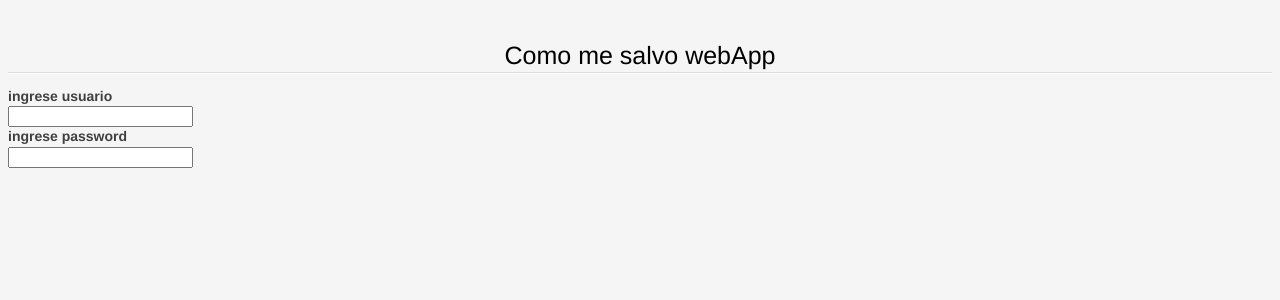
Repository: Kueck/workspace
Page: jbossews/src/main/webapp/index.html
These files come from the project's save history. The page is drawn as it stood at one moment and after the next save; the edit follows.
The browser window is 1280 px wide. The pictures show the whole page.

Above is the page before, as saved 2016-06-21 14:42:15.

### jbossews/src/main/webapp/index.html
<!doctype html>
<html lang="en">
<head>
<meta charset="utf-8">
<meta http-equiv="X-UA-Compatible" content="IE=edge,chrome=1">
<title>Welcome to OpenShift</title>

<style>

/*!
 * Bootstrap v3.0.0
 *
 * Copyright 2013 Twitter, Inc
 * Licensed under the Apache License v2.0
 * http://www.apache.org/licenses/LICENSE-2.0
 *
 * Designed and built with all the love in the world @twitter by @mdo and @fat.
 */
.logo {
	background-size: cover;
	height: 58px;
	width: 180px;
	margin-top: 6px;
	background-image:
		url(data:[embedded picture, 32850 characters]);
}

.logo a {
	display: block;
	width: 100%;
	height: 100%;
}

*, *:before, *:after {
	-moz-box-sizing: border-box;
	box-sizing: border-box;
}

aside, footer, header, hgroup, section {
	display: block;
}

body {
	color: #404040;
	font-family: "Helvetica Neue", Helvetica, "Liberation Sans", Arial,
		sans-serif;
	font-size: 14px;
	line-height: 1.4;
}

html {
	font-family: sans-serif;
	-ms-text-size-adjust: 100%;
	-webkit-text-size-adjust: 100%;
}

ul {
	margin-top: 0;
}

.container {
	margin-right: auto;
	margin-left: auto;
	padding-left: 15px;
	padding-right: 15px;
}

.container:before, .container:after {
	content: " ";
	/* 1 */
	display: table;
	/* 2 */
}

.container:after {
	clear: both;
}

.row {
	margin-left: -15px;
	margin-right: -15px;
}

.row:before, .row:after {
	content: " ";
	/* 1 */
	display: table;
	/* 2 */
}

.row:after {
	clear: both;
}

.col-sm-6, .col-md-6, .col-xs-12 {
	position: relative;
	min-height: 1px;
	padding-left: 15px;
	padding-right: 15px;
}

.col-xs-12 {
	width: 100%;
}

@media ( min-width : 768px) {
	.container {
		width: 750px;
	}
	.col-sm-6 {
		float: left;
	}
	.col-sm-6 {
		width: 50%;
	}
}

@media ( min-width : 992px) {
	.container {
		width: 970px;
	}
	.col-md-6 {
		float: left;
	}
	.col-md-6 {
		width: 50%;
	}
}

@media ( min-width : 1200px) {
	.container {
		width: 1170px;
	}
}

a {
	color: #069;
	text-decoration: none;
}

a:hover {
	color: #EA0011;
	text-decoration: underline;
}

hgroup {
	margin-top: 50px;
}

footer {
	margin: 50px 0 25px;
}

h1, h2, h3 {
	color: #000;
	line-height: 1.38em;
	margin: 1.5em 0 .3em;
}

h1 {
	font-size: 25px;
	font-weight: 300;
	border-bottom: 1px solid #fff;
	margin-bottom: .5em;
}

h1:after {
	content: "";
	display: block;
	width: 100%;
	height: 1px;
	background-color: #ddd;
}

h2 {
	font-size: 19px;
	font-weight: 400;
}

h3 {
	font-size: 15px;
	font-weight: 400;
	margin: 0 0 .3em;
}

p {
	margin: 0 0 2em;
}

p+h2 {
	margin-top: 2em;
}

html {
	background: #f5f5f5;
	height: 100%;
}

code {
	background-color: white;
	border: 1px solid #ccc;
	padding: 1px 5px;
	color: #888;
}

pre {
	display: block;
	padding: 13.333px 20px;
	margin: 0 0 20px;
	font-size: 13px;
	line-height: 1.4;
	background-color: #fff;
	border-left: 2px solid rgba(120, 120, 120, 0.35);
	white-space: pre;
	white-space: pre-wrap;
	word-break: normal;
	word-wrap: break-word;
	overflow: auto;
	font-family: Menlo, Monaco, "Liberation Mono", Consolas,
		monospace !important;
}
</style>

</head>
<body>

	<h1 style="text-align: center;">Como me salvo webApp</h1>

	<form id="login">
		<div>
		<b>ingrese usuario</b>
		<br>
		<input type="text">
		</div>

		<div>
		<b>ingrese password</b>
		<br>
		<input type="password">
		</div>


	</form>


</body>
</html>

After the next save:
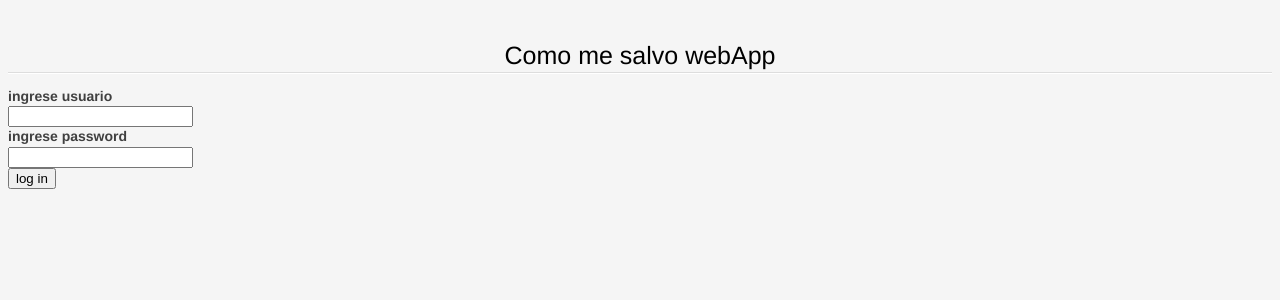
Saved 3 min 53 s later.
--- a/jbossews/src/main/webapp/index.html
+++ b/jbossews/src/main/webapp/index.html
@@ -239,6 +239,10 @@ pre {
 		<input type="password">
 		</div>
 
+		<div>
+		<input type="button" value="log in" id="btn">
+		</div>
+
 
 	</form>
 
